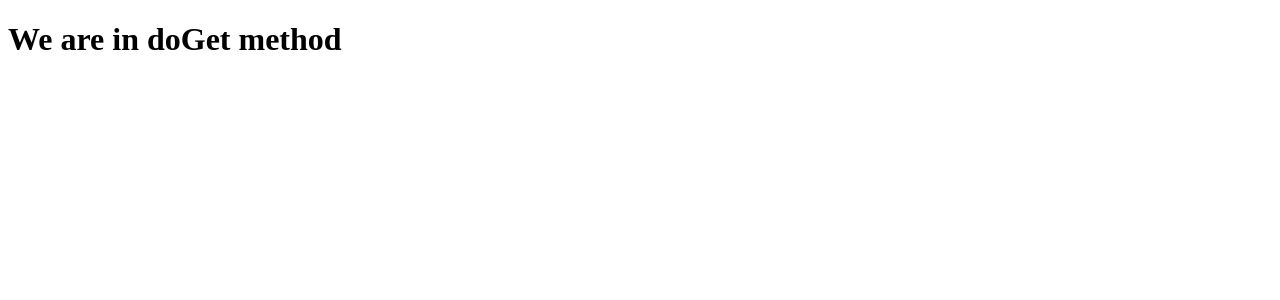
Repository: Bhushan1307/jewelltechno
Page: http://localhost/db-web-app/student
The author's editor kept a copy of each file at every save. The page is drawn from the files as they stood at one save, then again after the next save.
The browser window is 1280 px wide. The pictures show the whole page.
The page is served by Tomcat 9.

Above is the page before, as saved 2023-02-14 11:40:17.

### db-web-app/src/main/webapp/student.jsp
<%@ page language="java" contentType="text/html; charset=ISO-8859-1"
    pageEncoding="ISO-8859-1" isELIgnored="false"%>
<!DOCTYPE html>
<html>
<head>
<meta charset="ISO-8859-1">
<title>Insert title here</title>
</head>
<body>
	<h1>${data}</h1>
</body>
</html>

### db-web-app/src/main/java/com/bhushan/Student.java
package com.bhushan;

import java.io.IOException;
import javax.servlet.Servlet;
import javax.servlet.ServletException;
import javax.servlet.annotation.WebServlet;
import javax.servlet.http.HttpServlet;
import javax.servlet.http.HttpServletRequest;
import javax.servlet.http.HttpServletResponse;

@WebServlet("/student")
public class Student extends HttpServlet implements Servlet {
	private static final long serialVersionUID = 1L;

    public Student() {
        super();
    }


	protected void doGet(HttpServletRequest request, HttpServletResponse response) throws ServletException, IOException {
		request.setAttribute("data", "We are in doGet method");
		request.getRequestDispatcher("student.jsp").forward(request,response);
	}


	protected void doPost(HttpServletRequest request, HttpServletResponse response) throws ServletException, IOException {

	}


	protected void doPut(HttpServletRequest request, HttpServletResponse response) throws ServletException, IOException {

	}


	protected void doDelete(HttpServletRequest request, HttpServletResponse response) throws ServletException, IOException {

	}

}

After the next save:
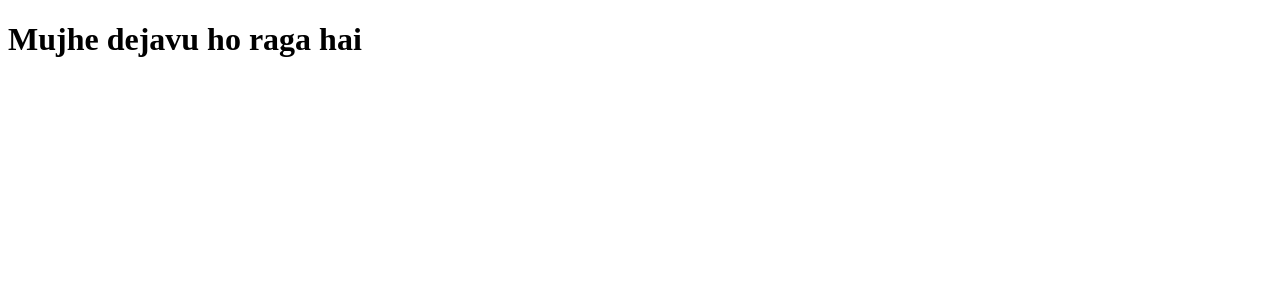
Saved 28 s later.
--- a/db-web-app/src/main/java/com/bhushan/Student.java
+++ b/db-web-app/src/main/java/com/bhushan/Student.java
@@ -18,7 +18,7 @@
 
 
 	protected void doGet(HttpServletRequest request, HttpServletResponse response) throws ServletException, IOException {
-		request.setAttribute("data", "We are in doGet method");
+		request.setAttribute("data", "Mujhe dejavu ho raga hai");
 		request.getRequestDispatcher("student.jsp").forward(request,response);
 	}
 
